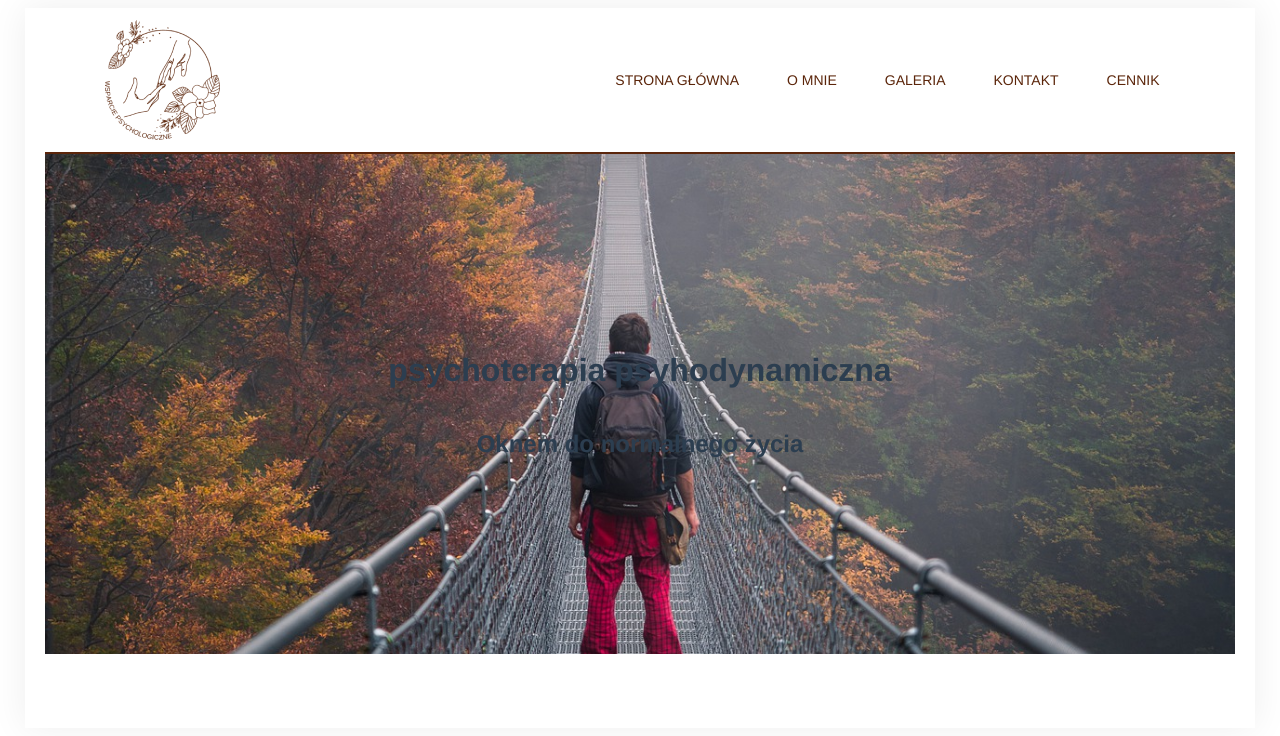
Repository: Kondzioor/szczepan-page
Page: /
The author's editor kept a copy of each file at every save. The page is drawn from the files as they stood at one save, then again after the next save.
The browser window is 1280 px wide. The pictures show the whole page.
Some web libraries are served in a nearby version. The project was rebuilt for these pictures with package versions that can differ from the ones it lists, and the page was loaded fresh each time.

Above is the page before, as saved 2022-03-28 20:46:32.

After the next save:
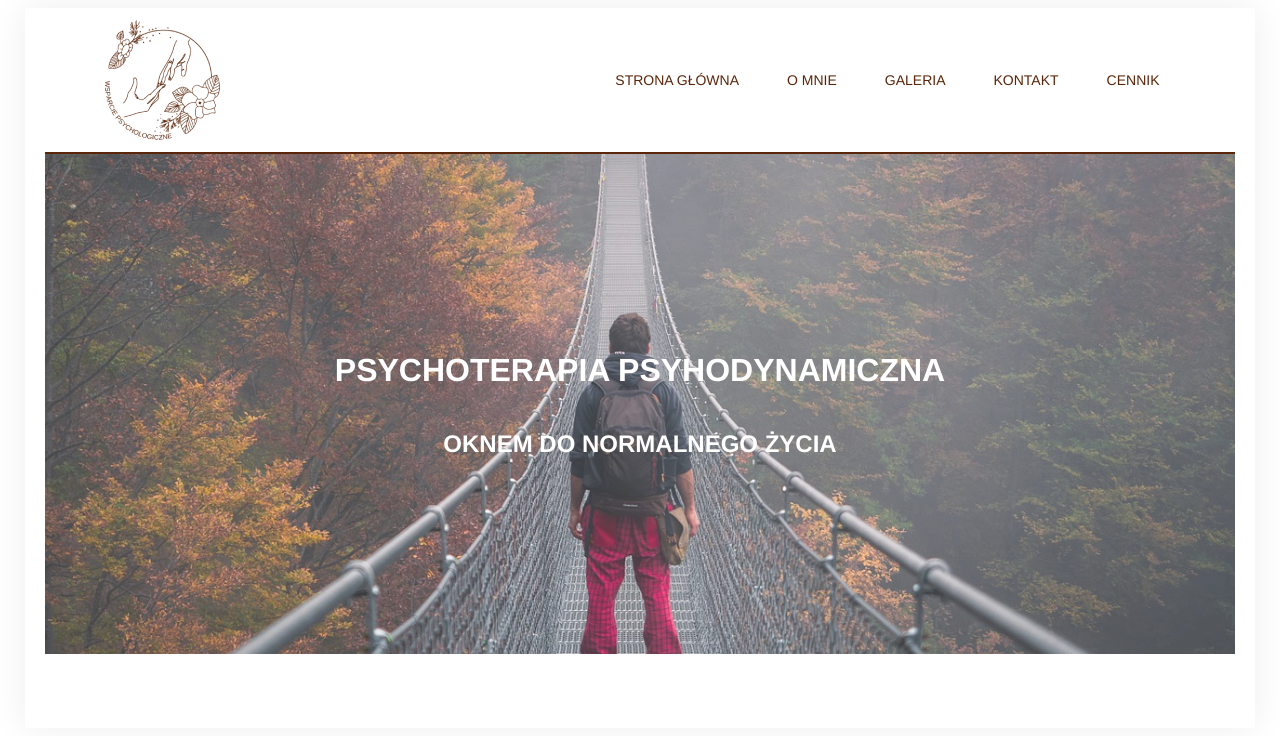
Saved 34 s later.
--- a/src/views/Home.vue
+++ b/src/views/Home.vue
@@ -15,6 +15,9 @@
     flex-direction: column;
     align-items: center;
     justify-content: center;
+    color: white;
+    text-transform: uppercase;
+    opacity: 0.8;
 }
 
 </style>

After the save that followed:
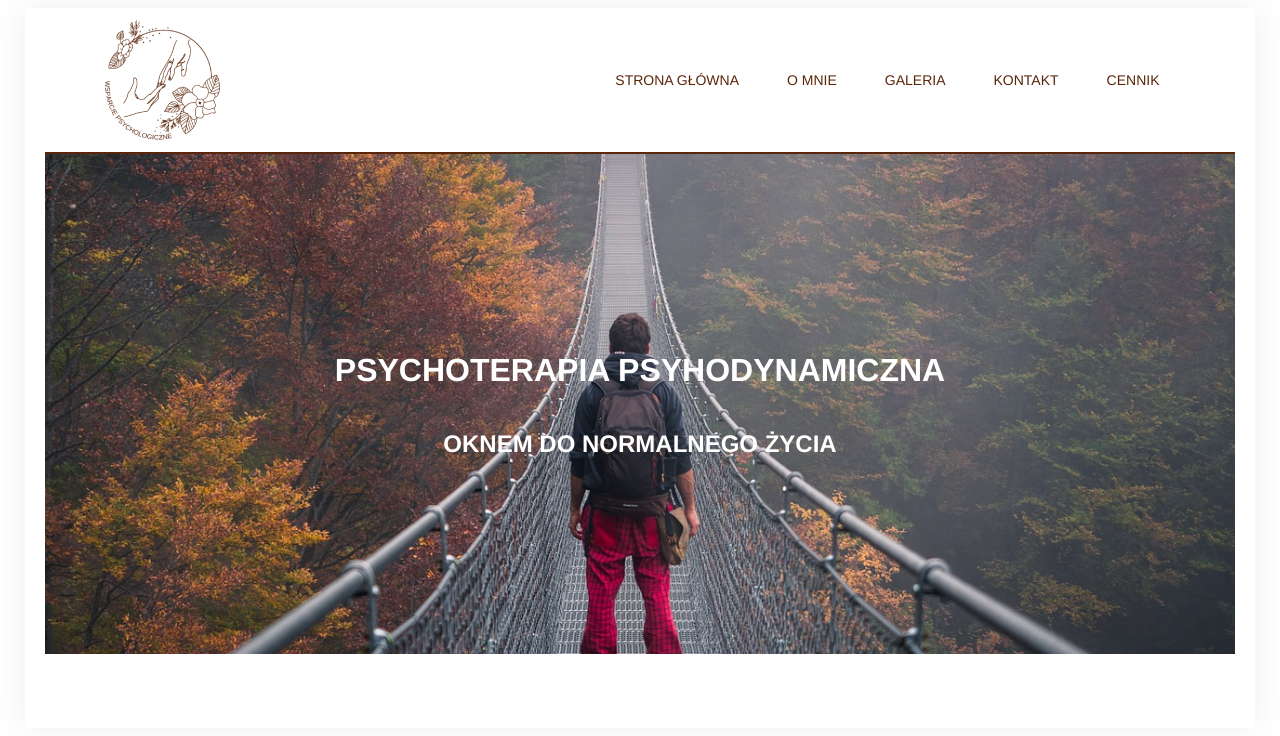
Saved 7 s later.
--- a/src/views/Home.vue
+++ b/src/views/Home.vue
@@ -17,7 +17,7 @@
     justify-content: center;
     color: white;
     text-transform: uppercase;
-    opacity: 0.8;
+    opacity: 1;
 }
 
 </style>
